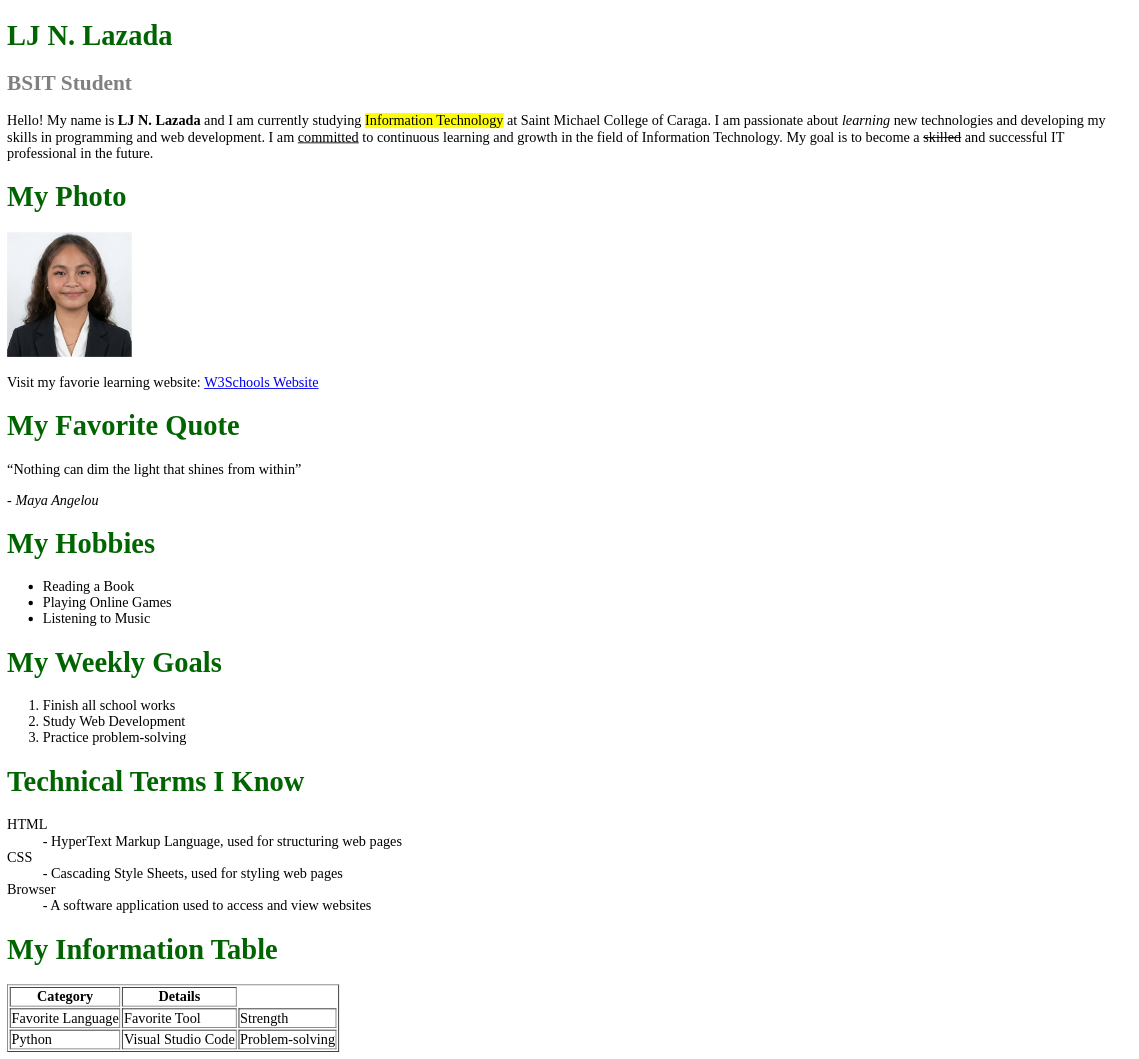
Repository: ljlazada11/myfirsthtml
Page: index.html
These files come from the project's save history. The page is drawn as it stood at one moment and after the next save; the edit follows.
The browser window is 1280 px wide. The pictures show the whole page, at 89% of full size.

Above is the page before, as saved 2026-06-24 20:40:34.

### index.html
<!DOCTYPE html>
<html lang="en">
<head>
    <meta charset="UTF-8">
    <meta name="viewport" content="width=device-width, initial-scale=1.0">
    <title>My Personal Web Profile</title>
    <link rel="icon" type="image/x-icon" href="images.png">

</head>
<body>
    <h1 style="color:darkgreen;">LJ N. Lazada</h1>
    <h2 style="color:gray;">BSIT Student</h2>
    <p>Hello! My name is <strong>LJ N. Lazada</strong> and I am currently studying <mark>Information Technology</mark> at Saint Michael College of Caraga. I am passionate about <i>learning</i> new technologies and developing my skills in programming and web development. I am <ins>committed</ins> to continuous learning and growth in the field of Information Technology. My goal is to become a <del>skilled</del> and successful IT professional in the future.</p>
</body>
    <h1 style="color:darkgreen;">My Photo</h1>
    <img src="pic.jpg" alt="My	Profile	Picture" width="140" height="140">
    <p> Visit my favorie learning website: <a href="https://www.w3schools.com/html/default.asp" target="_blank">W3Schools	Website</a></p>

<body>
    <h1 style="color:darkgreen;">My Favorite Quote</h1>
    <p><q>Nothing can dim the light that shines from within</q></p>
    <p><cite>- Maya Angelou</cite></p>
</body>
    <h1 style="color:darkgreen">My Hobbies</h1>
    <ul>
        <li>Reading a Book</li>
        <li>Playing Online Games</li>
        <li>Listening to Music</li>
    </ul>
</body>
    <h1 style="color:darkgreen">My Weekly Goals</h1>
    <ol>
        <li>Finish all school works</li>
        <li>Study Web Development</li>
        <li>Practice problem-solving</li>
    </ol>
<body>
    <h1 style="color:darkgreen">Technical Terms I Know</h1>
    <dl>
        <dt>HTML</dt>
        <dd>- HyperText Markup Language, used for structuring web pages</dd>
        <dt>CSS</dt>
        <dd>- Cascading Style Sheets, used for styling web pages</dd>
        <dt>Browser</dt>
        <dd>- A software application used to access and view websites</dd>
    </dl>
</body>
    <h1 style="color:darkgreen">My Information Table</h1>
<table border="1">
    <tr>
        <th>Category</th>
        <th>Details</th>
    </tr>
    <tr>
        <td>Favorite Language</td>
        <td>Favorite Tool</td>
        <td>Strength</td>
    </tr>
    <tr>
        <td>Python</td>
        <td>Visual Studio Code</td>
        <td>Problem-solving</td>
    </tr>
</table>


</html>

After the next save:
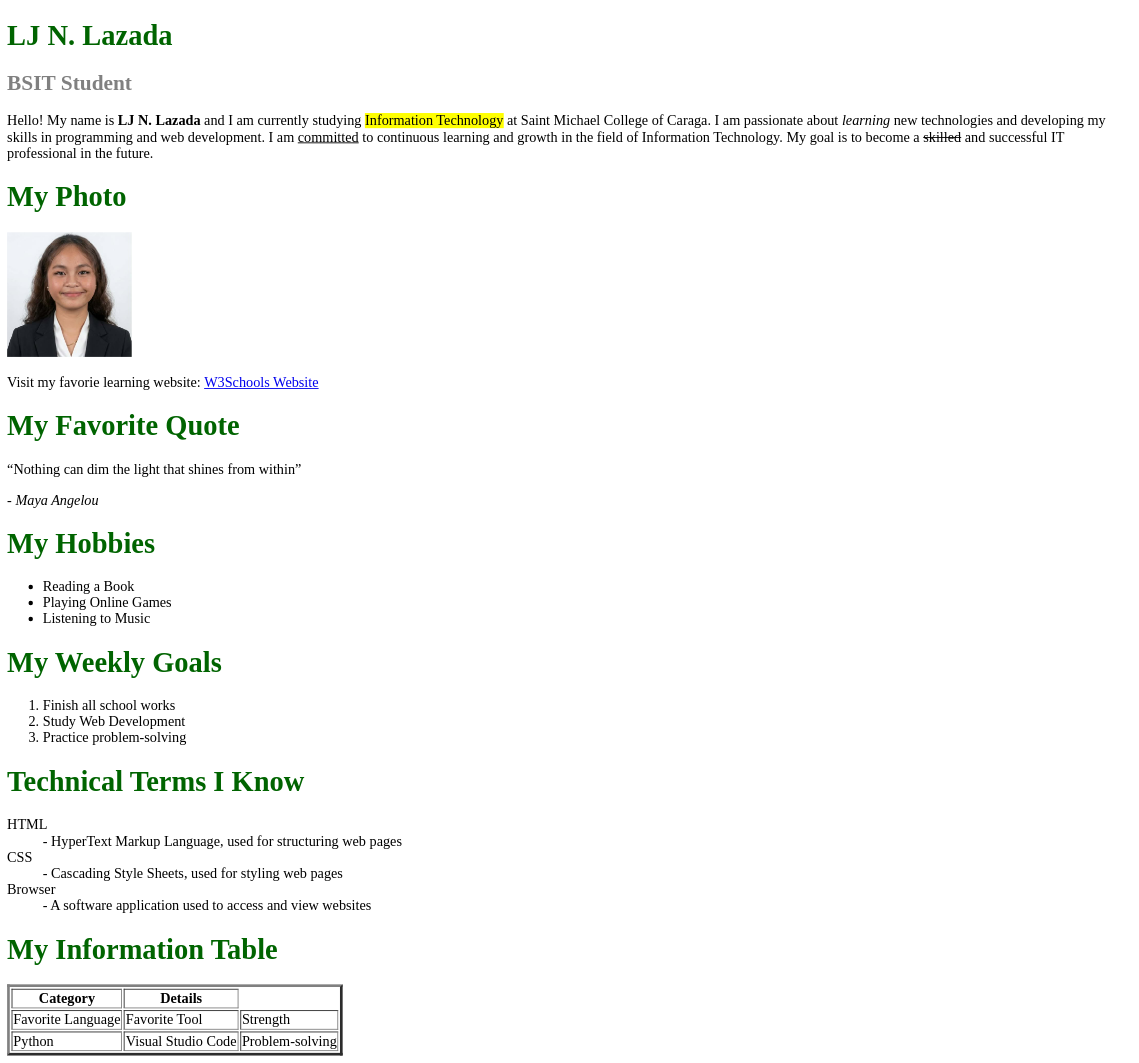
Saved 71 s later.
--- a/index.html
+++ b/index.html
@@ -46,7 +46,7 @@
     </dl>
 </body>
     <h1 style="color:darkgreen">My Information Table</h1>
-<table border="1">
+<table border="3">
     <tr>
         <th>Category</th>
         <th>Details</th>

After the save that followed:
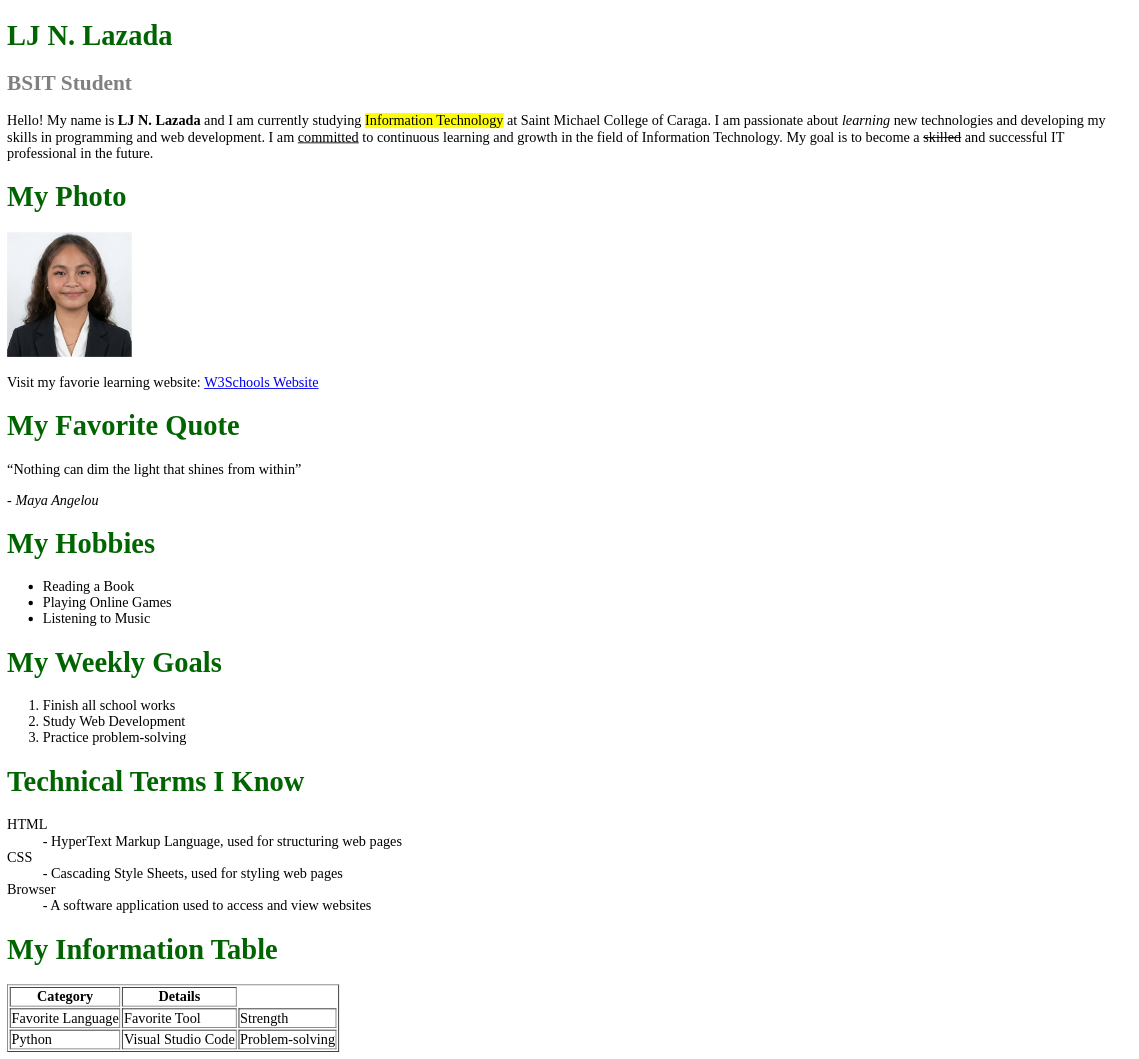
Saved 7 s later.
--- a/index.html
+++ b/index.html
@@ -46,7 +46,7 @@
     </dl>
 </body>
     <h1 style="color:darkgreen">My Information Table</h1>
-<table border="3">
+<table border="1">
     <tr>
         <th>Category</th>
         <th>Details</th>
